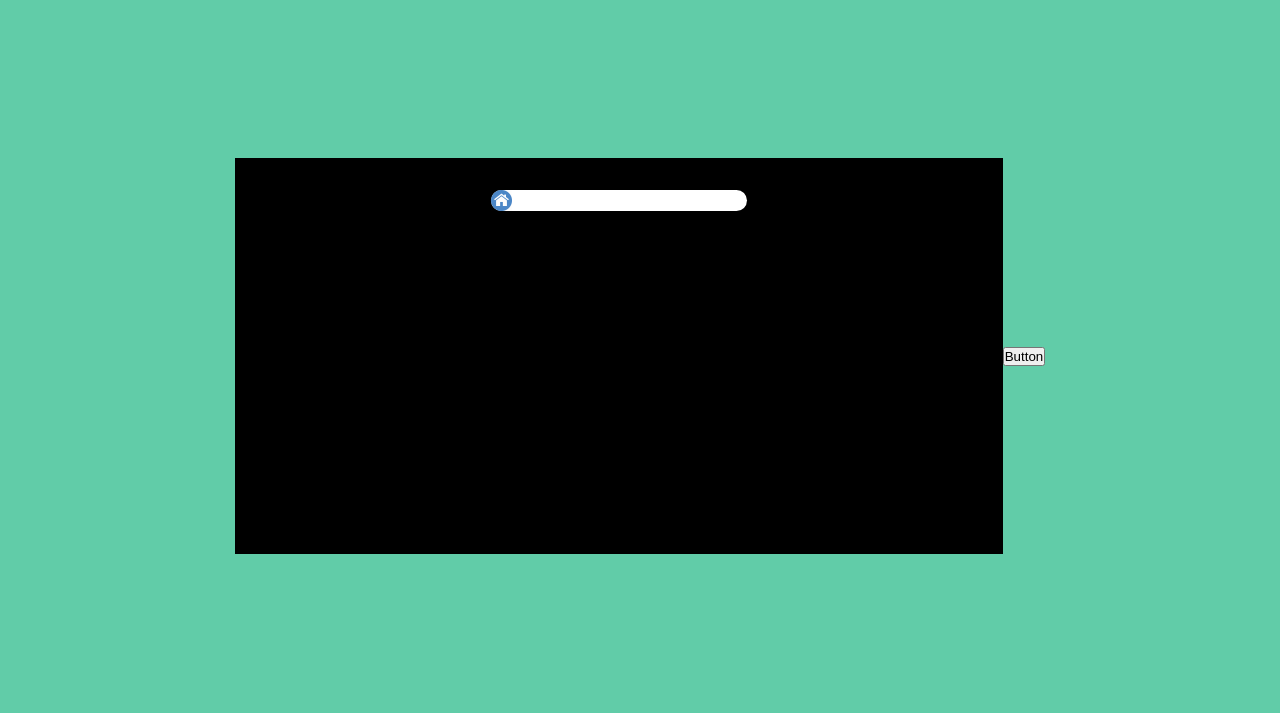
Repository: gitveerak/git-message-chat
Page: demo/demo1.html
An editor plug-in stored every save of this project. The page is shown before and after the next save, followed by the edit.
The browser window is 1280 px wide. The pictures show the whole page.

Above is the page before, as saved 2025-04-20 18:12:36.

After the next save:
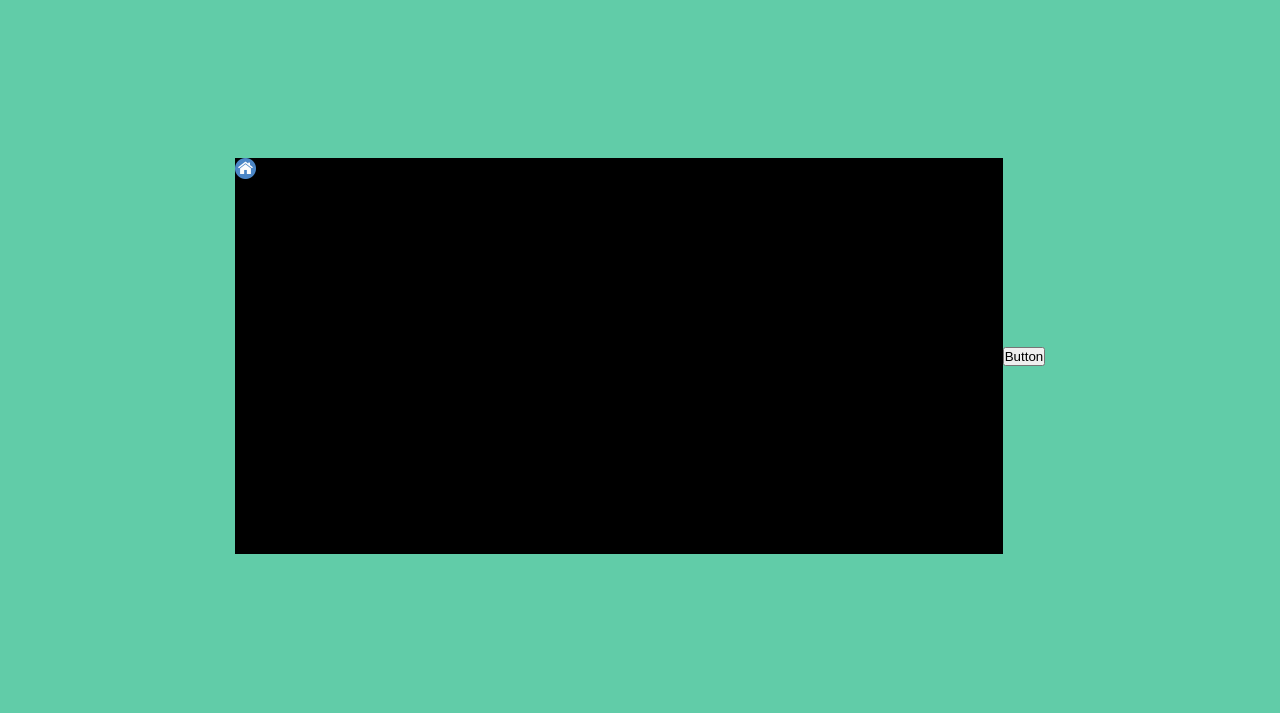
Saved 2 min 0 s later.
--- a/demo/demo1.html
+++ b/demo/demo1.html
@@ -41,8 +41,10 @@
 <body>
     <div class="wrap">
         <div class="wrap_inner">
-            <div class="icon_bar">
-                <img class="img_icon" src="home.png" alt="home_png">
+            <div class="img_icon">
+                <img src="home.png" alt="home_png">
+                <div class="icon_bar">
+                </div>
             </div>
         </div>
         <button type="button" onclick="btn()">Button</button>
